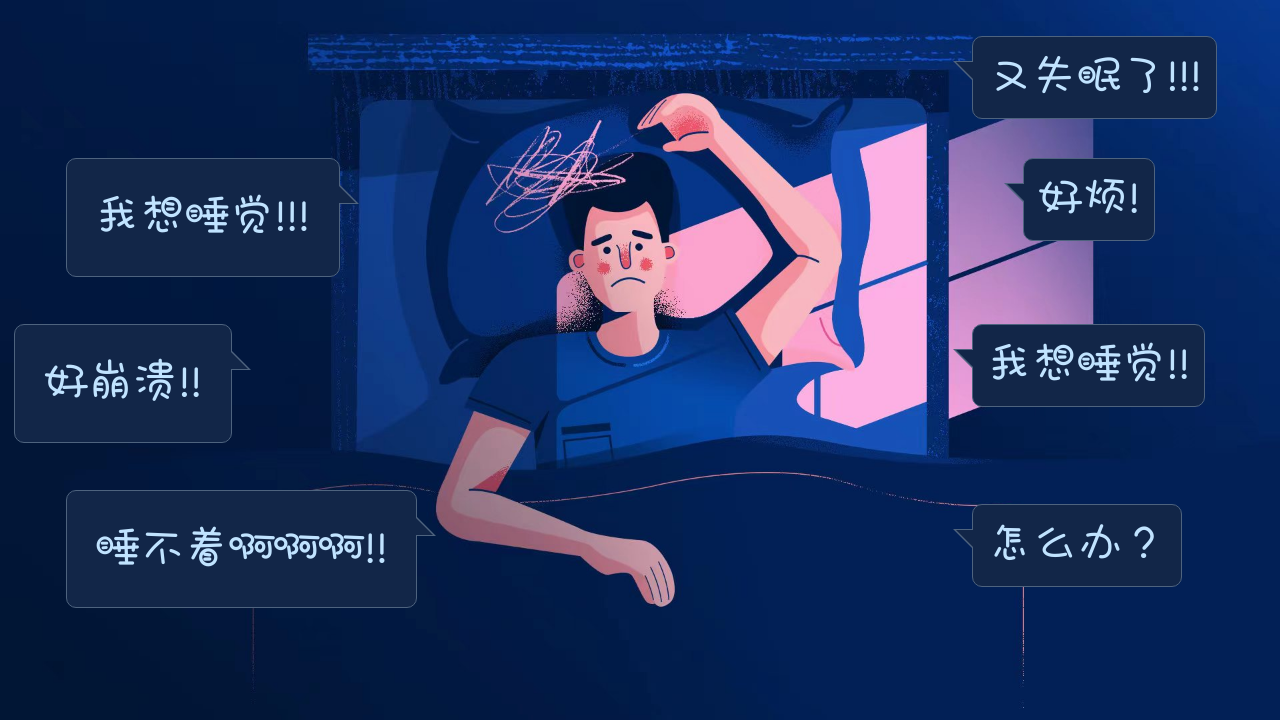
Repository: chjyume/zhongyi
Page: index2.html
An editor plug-in stored every save of this project. The page is shown before and after the next save, followed by the edit.
The browser window is 1280 px wide. The page is 1288 px wide, so the pictures cover 1288 px, including what lies to the right of the window. The pictures show the whole page.

Above is the page before, as saved 2023-08-29 23:15:49.

After the next save:
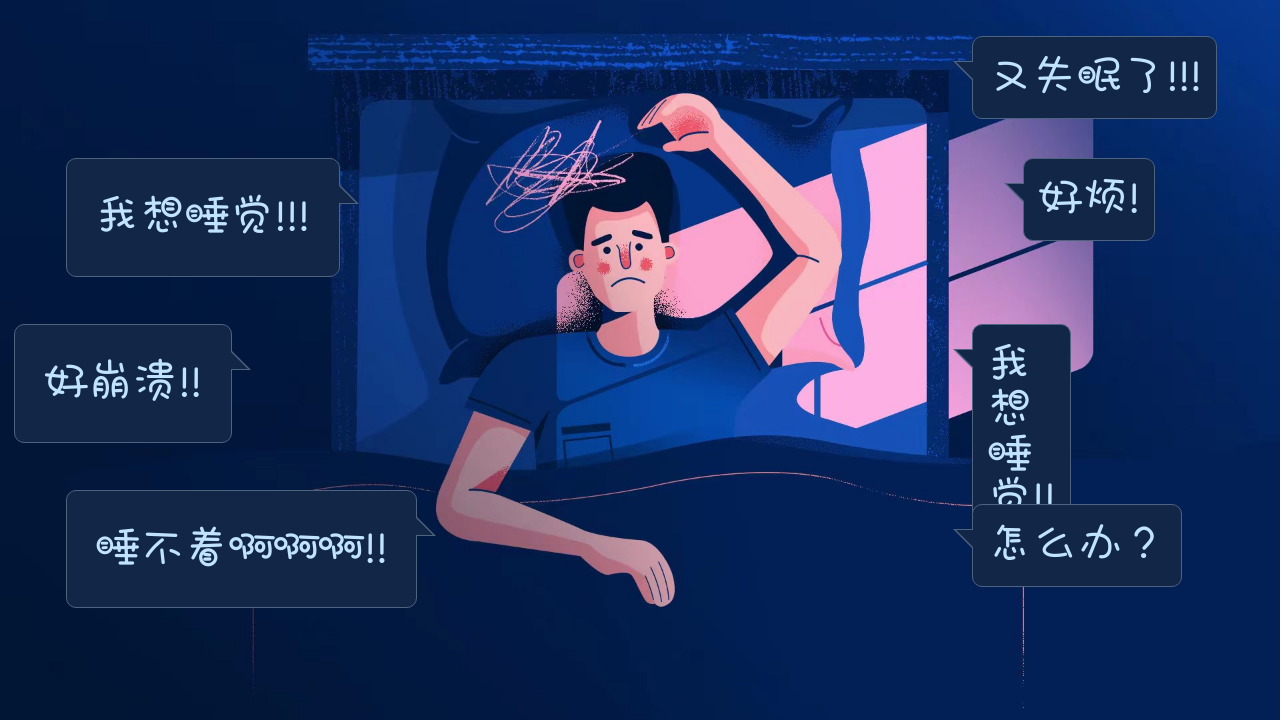
Saved 13 s later.
--- a/css/index2.css
+++ b/css/index2.css
@@ -84,7 +84,7 @@
   }
   #text4{
     top: 45vh;
-    margin-right:-55vh;
+    margin-right:55vh;
     animation: bubble 2s linear 2s 1 normal forwards;
   }
   #text5{

After the save that followed:
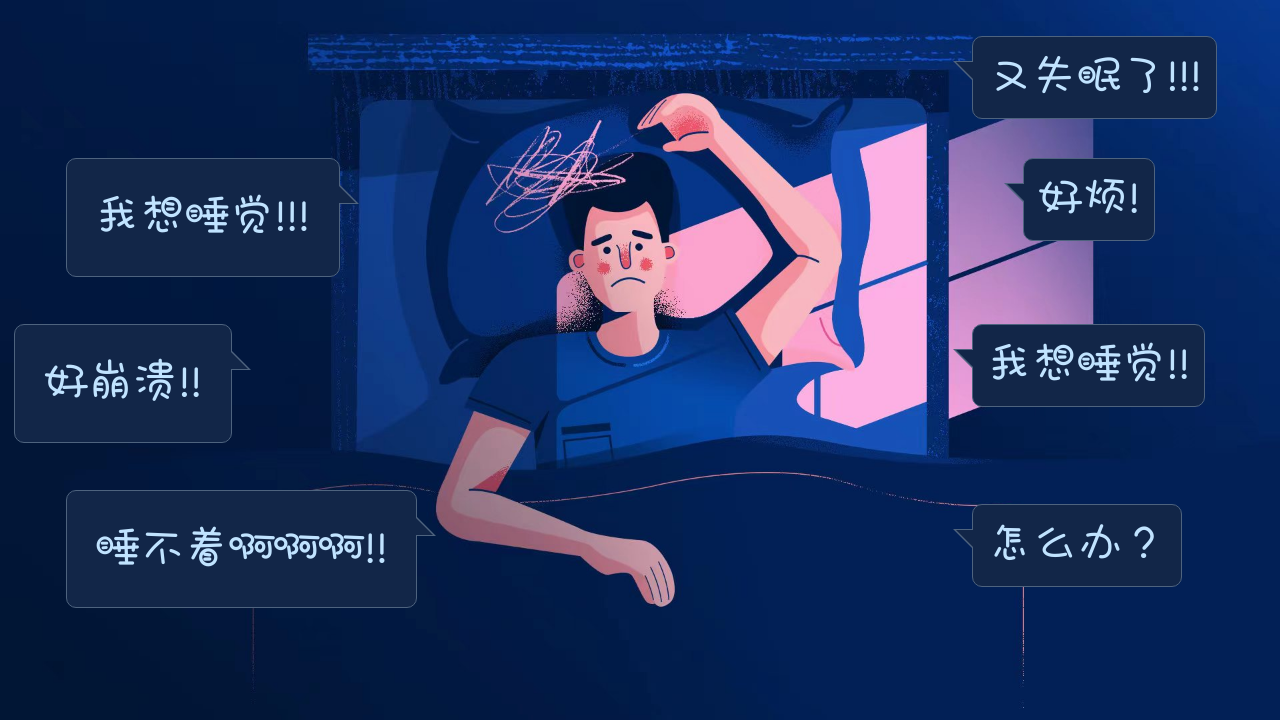
Saved 80 s later.
--- a/css/index2.css
+++ b/css/index2.css
@@ -84,7 +84,7 @@
   }
   #text4{
     top: 45vh;
-    margin-right:55vh;
+
     animation: bubble 2s linear 2s 1 normal forwards;
   }
   #text5{
